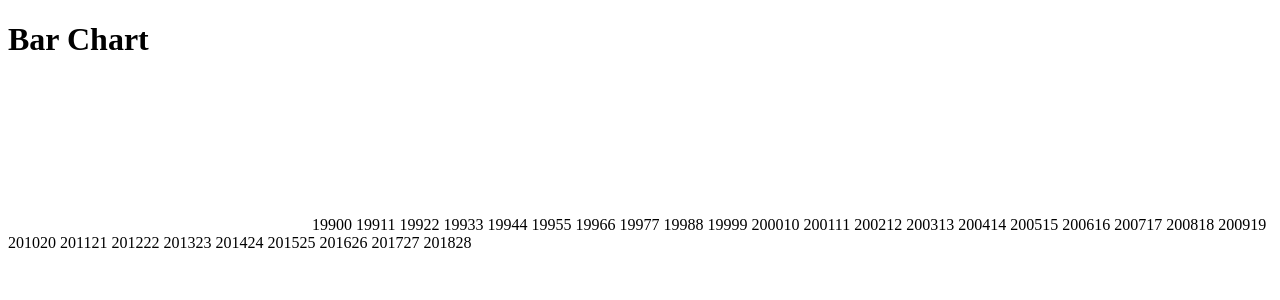
Repository: komalharjani/d3js-visualisation
Page: index.html
These files come from the project's save history. The page is drawn as it stood at one moment and after a run of saves; the edit follows.
The browser window is 1280 px wide. The pictures show the whole page.

Above is the page before, as saved 2020-04-29 13:37:45.

### index.html
<!DOCTYPE html>
<html lang="en">
<head>
    <meta charset="UTF-8">
    <meta name="viewport" content="width=device-width, initial-scale=1.0">
    <title>Information Visualisation Practical 3</title>
</head>
<body>

    <div id="my_dataviz"></div>
    <h1>Bar Chart</h1>
    <svg class="bar-chart"></svg>
</body>
<script src="https://d3js.org/d3.v5.min.js"></script>
<script src="index.js"></script>
</html>

### index.js

let dataPath = "data/energy.csv";
d3.csv(dataPath)
        .then(function (data) {

                /**
                 * Boundaries
                 */
                let dateBoundaries = d3.extent(data, function (d) {
                        return parseFloat(d.year);
                });

                let energyBoundaries = d3.extent(data, function (d) {
                        return parseFloat(d.amount);
                });

                //Averages (rollup example)
                var energyAvgType = d3.nest()
                        .key(function (d) {
                                return d.type;
                        })
                        .rollup(function (v) {
                                return d3.mean(v, function (d) {
                                        return d.amount;
                                });
                        })
                        .entries(data);

                /**
                 * Combined USTOTAL Energy Use split by year, type and energy source
                 */
                let usTotal = d3.nest()
                        .key(function (d) {
                                if (d.region == "Combined") { return d.year }
                        })
                        .key(function (d) {
                                return d.type;
                        })
                        .key(function (d) {
                                return d.energySrc;
                        })
                        .entries(data);
                usTotal.shift();
                console.log(usTotal);
                console.log(usTotal[0]);

                var body = d3.select("body")
                .selectAll("span")
                .data(usTotal)
                .enter()
                .append("span")
                .text(function(d,i) {
                        return d.key + i + "\n"});

                //INSERT BAR CHART HERE

        });

After the next 2 saves:
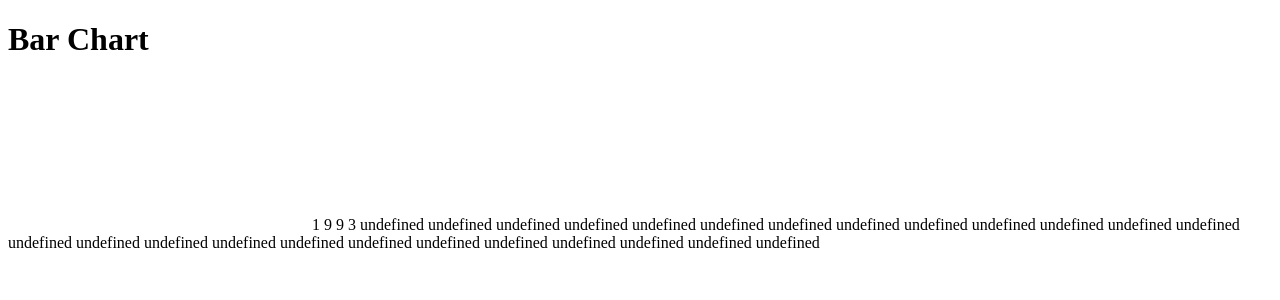
The 2 saves are shown as one change because they came seconds apart.
The last was saved 13 s later.
--- a/index.js
+++ b/index.js
@@ -50,7 +50,7 @@ d3.csv(dataPath)
                 .enter()
                 .append("span")
                 .text(function(d,i) {
-                        return d.key + i + "\n"});
+                        return d.key[i] + "\n"});
 
                 //INSERT BAR CHART HERE
 
